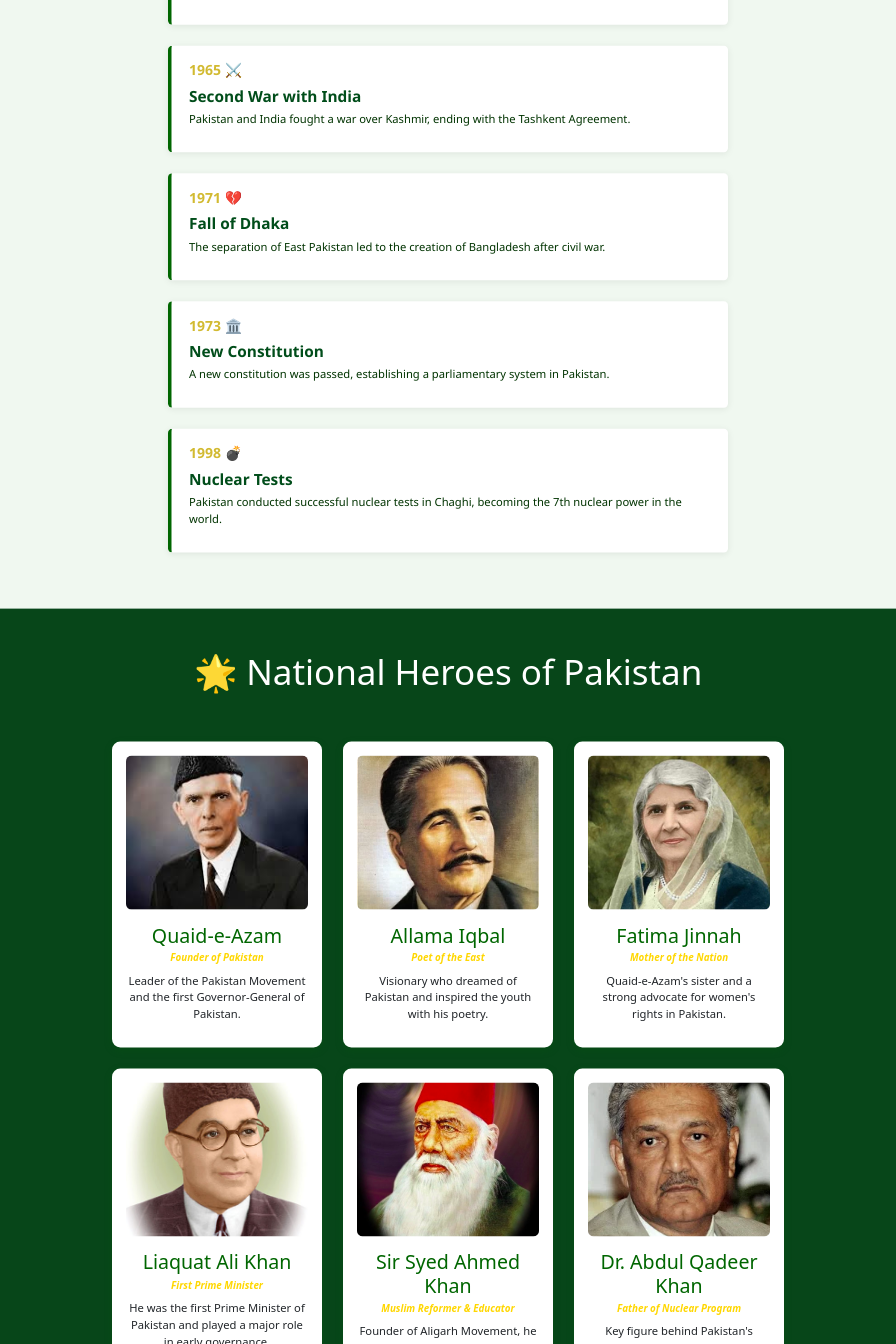
Repository: memonmuhammadali98/Pakistan-Independence-Day
Page: index.html
These files come from the project's save history. The page is drawn as it stood at one moment and after a run of saves; the edit follows.
The browser window is 1280 px wide. The pictures show the part of the page from y = 2148 to 4068 px (the page is 4230 px tall), at 70% of full size.

Above is the page before, as saved 2025-08-08 17:07:36.
Console error: TypeError: Cannot set properties of null (setting 'innerHTML')

### index.html
<!DOCTYPE html>
<html lang="en">

<head>
  <meta charset="UTF-8">
  <meta name="viewport" content="width=device-width, initial-scale=1.0">
  <title>Independence Day</title>
  <!-- External CSS -->
  <link rel="stylesheet" href="./style.css">
  <!-- Bootstrap CDN -->
  <link href="https://cdn.jsdelivr.net/npm/bootstrap@5.3.7/dist/css/bootstrap.min.css" rel="stylesheet"
    integrity="sha384-LN+7fdVzj6u52u30Kp6M/trliBMCMKTyK833zpbD+pXdCLuTusPj697FH4R/5mcr" crossorigin="anonymous">
  <script src="https://cdn.jsdelivr.net/npm/bootstrap@5.3.7/dist/js/bootstrap.bundle.min.js"
    integrity="sha384-ndDqU0Gzau9qJ1lfW4pNLlhNTkCfHzAVBReH9diLvGRem5+R9g2FzA8ZGN954O5Q"
    crossorigin="anonymous"></script>
</head>

<body>
  <!-- Navbar Starts -->
  <nav class="navbar navbar-expand-lg navbar">
    <div class="container-fluid">
      <a class="navbar-brand" href="#">
        <img src="./Assets/logo-removebg-preview (1).png" alt="Logo" width="70px" height="50px">
      </a>
      <button class="navbar-toggler" type="button" data-bs-toggle="collapse" data-bs-target="#navbarSupportedContent"
        aria-controls="navbarSupportedContent" aria-expanded="false" aria-label="Toggle navigation">
        <span class="navbar-toggler-icon"></span>
      </button>
      <div class="collapse navbar-collapse" id="navbarSupportedContent">
        <ul class="navbar-nav me-auto ms-auto gap-5 mb-2 mb-lg-0 f-s-5">
          <li class="nav-item">
            <a class="nav-link active" aria-current="page" href="#">Home</a>
          </li>
          <li class="nav-item">
            <a class="nav-link active" href="#">About</a>
          </li>
          <li class="nav-item">
            <a class="nav-link active" aria-disabled="true">History</a>
          </li>
          <li class="nav-item">
            <a class="nav-link active" aria-disabled="true">Gallery</a>
          </li>
          <li class="nav-item">
            <a class="nav-link active" aria-disabled="true">Stories</a>
          </li>
        </ul>
        <form class="d-flex" role="search">
          <button class="btn" type="submit">Search</button>
        </form>
      </div>
    </div>
  </nav>
  <!-- Navbar Ends -->

  <!-- Hero Section Starts -->
  <!-- <section class="hero-section">
    <h1>Countdown to 14th August</h1>
    <div id="countdown"></div>
    <div id="message"></div>

    <div id="fireworks" class="firework-container" style="display: none;">
    <div class="firework"></div>
    <div class="firework"></div>
    <div class="firework"></div>
  </div>

  <div id="baaja-left" class="baaja">
    <img src="./Assets/Baja.png" alt="Baaja" width="300px">
  </div>
  <div id="baaja-right" class="baaja">
    <img src="./Assets/Baja-right.png" alt="Baja" width="300px">
  </div>

  </section> -->
  <!-- Hero Section Ends -->


  <!-- About Section Starts -->
  <!-- <section class="about-section">
    <div class="container">
    <h2>About Independence Day</h2>
    <p>
      Every year on <strong>14th August</strong>, Pakistan celebrates its Independence Day with great pride and honor.
      It marks the day when Pakistan became a sovereign nation in <strong> 1947</strong>. The day is a symbol of freedom, sacrifices, and the efforts of our leaders and ancestors who made this country possible.
    </p>
    <p>
      We celebrate with parades, flags, lights, and unity reminding ourselves of the values of peace, hard work, and patriotism.
    </p>
  </div>
   </section> -->


  <!-- HERO SECTION STARTS -->
  <section class="hero-section">
    <div class="hero-text">
      <h1>Celebrating Freedom Honoring <span style="color: gold;">Sacrifice</span></h1>
      <p>On this 14th August, let's remember the heroes who gave us independence and strive for a better Pakistan.</p>
      <button>Explore Our Journey</button>
    </div>
    <div class="hero-img">
      <img src="./Assets/hero-img.png" alt="Hero img" class="hero-img-1">
      <!-- <img src="./Assets/hero-img-2.png" alt="Hero img 2" class="Hero-img-2">
      <img src="./Assets/Hero-img-3.png" alt="Hero img 3" class="Hero-img-3"> -->
    </div>
  </section>
  <!-- HERO SECTION ENDS -->

  <!-- ABOUT SECTION STARTS -->
  <section class="about-section">
    <h2>About <span style="color: gold;">Pakistan</span></h2>
    <div class="about-container">
      <div class="about-img">
        <div class="flag-wrapper">
          <div class="flag">
            <div class="white-part"></div>
            <div class="green-part">
              <div class="crescent"></div>
              <div class="star"></div>
            </div>
          </div>
        </div>
      </div>
      <div class="about-text">
        <p>
          Pakistan is a country rich in history, culture, and natural beauty. From the majestic mountains of the north
          to the vast deserts in the south, it is a land of diversity and tradition. The people of Pakistan are known
          for their hospitality, resilience, and deep-rooted values. With a vision for progress and unity, Pakistan
          continues to grow while honoring its heritage and identity.
        </p>
      </div>
    </div>
  </section>
  <!-- ABOUT SECTION ENDS -->

  <!-- HISTORY SECTION STARTS -->
  <section class="history-section">
    <h2>Pakistan's Historical <span style="color: gold;">Journey</span></h2>
    <div class="timeline">

      <div class="timeline-item">
        <span class="year">1857 🔥</span>
        <h3>First War of Independence</h3>
        <p>The First War of Independence began, igniting the spark for freedom from British rule.</p>
      </div>

      <div class="timeline-item">
        <span class="year">1906 🕌</span>
        <h3>Formation of Muslim League</h3>
        <p>The All-India Muslim League was founded to represent Muslim interests in British India.</p>
      </div>

      <div class="timeline-item">
        <span class="year">1940 📜</span>
        <h3>Lahore Resolution</h3>
        <p>The Pakistan Resolution was passed in Lahore, demanding a separate homeland for Muslims.</p>
      </div>

      <div class="timeline-item">
        <span class="year">1947 🕊️</span>
        <h3>Independence of Pakistan</h3>
        <p>Pakistan gained independence on August 14 under the leadership of Quaid-e-Azam Muhammad Ali Jinnah.</p>
      </div>

      <div class="timeline-item">
        <span class="year">1956 📖</span>
        <h3>First Constitution</h3>
        <p>Pakistan became the Islamic Republic by adopting its first constitution on March 23.</p>
      </div>

      <div class="timeline-item">
        <span class="year">1965 ⚔️</span>
        <h3>Second War with India</h3>
        <p>Pakistan and India fought a war over Kashmir, ending with the Tashkent Agreement.</p>
      </div>

      <div class="timeline-item">
        <span class="year">1971 💔</span>
        <h3>Fall of Dhaka</h3>
        <p>The separation of East Pakistan led to the creation of Bangladesh after civil war.</p>
      </div>

      <div class="timeline-item">
        <span class="year">1973 🏛️</span>
        <h3>New Constitution</h3>
        <p>A new constitution was passed, establishing a parliamentary system in Pakistan.</p>
      </div>

      <div class="timeline-item">
        <span class="year">1998 💣</span>
        <h3>Nuclear Tests</h3>
        <p>Pakistan conducted successful nuclear tests in Chaghi, becoming the 7th nuclear power in the world.</p>
      </div>

    </div>
  </section>
  <!-- HISTORY SECTION ENDS -->

  <!-- NATIONAL HERO SECTION STARTS -->
   <section class="national-hero-section">
  <h2>🌟 National Heroes of <span>Pakistan</span></h2>
  <div class="national-hero-cards">

    <div class="national-hero-card">
      <img src="assets/Quaid-img.jpeg" alt="Quaid-e-Azam">
      <h3>Quaid-e-Azam</h3>
      <p class="title">Founder of Pakistan</p>
      <p>Leader of the Pakistan Movement and the first Governor-General of Pakistan.</p>
    </div>

    <div class="national-hero-card">
      <img src="assets/Allama-Iqbal-img.webp" alt="Allama Iqbal">
      <h3>Allama Iqbal</h3>
      <p class="title">Poet of the East</p>
      <p>Visionary who dreamed of Pakistan and inspired the youth with his poetry.</p>
    </div>

    <div class="national-hero-card">
      <img src="assets/fatima-jinnah.jpg" alt="Fatima Jinnah">
      <h3>Fatima Jinnah</h3>
      <p class="title">Mother of the Nation</p>
      <p>Quaid-e-Azam's sister and a strong advocate for women's rights in Pakistan.</p>
    </div>

    <div class="national-hero-card">
      <img src="assets/Liaquat-Ali-Khan-img.jpg" alt="Allama Iqbal">
      <h3>Liaquat Ali Khan</h3>
      <p class="title">First Prime Minister</p>
      <p>He was the first Prime Minister of Pakistan and played a major role in early governance.</p>
    </div>

    <div class="national-hero-card">
      <img src="assets/Sir-Syed-Ahmed-Khan-img.webp" alt="Allama Iqbal">
      <h3>Sir Syed Ahmed Khan</h3>
      <p class="title">Muslim Reformer & Educator</p>
      <p>Founder of Aligarh Movement, he laid the foundation for modern Muslim education in the subcontinent.</p>
    </div>

    <div class="national-hero-card">
      <img src="assets/Abdul-Qadeer-Khan-img.webp" alt="Dr. Abdul Qadeer Khan">
      <h3>Dr. Abdul Qadeer Khan</h3>
      <p class="title">Father of Nuclear Program</p>
      <p>Key figure behind Pakistan's nuclear tests in 1998, ensuring national defense.</p>
    </div>

  </div>
</section>





  <script>
    // Set the target date (14 August of current year OR test with few seconds from now)
    var now = new Date();
    var year = now.getFullYear();

    // For demo/testing: trigger after 5 seconds
    var targetDate = new Date(new Date().getTime() + 5000);

    // Countdown and elements
    var countdown = document.getElementById("countdown");
    var message = document.getElementById("message");
    var leftBaaja = document.getElementById("baaja-left");
    var rightBaaja = document.getElementById("baaja-right");

    var timer = setInterval(function () {
      var currentTime = new Date().getTime();
      var timeLeft = targetDate.getTime() - currentTime;

      if (timeLeft <= 0) {
        clearInterval(timer);
        countdown.innerHTML = "";
        message.innerHTML = "Happy Independence Day Pakistan!";
        message.classList.add("message-animate");

        // Show fireworks and baajas
        document.getElementById("fireworks").style.display = "block";
        leftBaaja.style.display = "block";
        rightBaaja.style.display = "block";

        // Slide in animation
        leftBaaja.classList.add("slideInLeft");
        rightBaaja.classList.add("slideInRight");

        // After sliding, add continuous bounce
        leftBaaja.addEventListener("animationend", function () {
          leftBaaja.classList.add("bounce");
        });

        rightBaaja.addEventListener("animationend", function () {
          rightBaaja.classList.add("bounce");
        });

      } else {
        var days = Math.floor(timeLeft / (1000 * 60 * 60 * 24));
        var hours = Math.floor((timeLeft % (1000 * 60 * 60 * 24)) / (1000 * 60 * 60));
        var minutes = Math.floor((timeLeft % (1000 * 60 * 60)) / (1000 * 60));
        var seconds = Math.floor((timeLeft % (1000 * 60)) / 1000);

        countdown.innerHTML =
          days + "d " + hours + "h " + minutes + "m " + seconds + "s ";
      }
    }, 1000);
  </script>

</body>

</html>

### style.css
* {
    margin: 0;
    padding: 0;
    box-sizing: border-box;
    scroll-behavior: smooth;
}

.navbar {
    background-color: #074619;
}

.nav-link {
    color: white !important;
    font-size: 20px !important;
    position: relative !important;
}

.nav-link:hover {
    color: gold !important;
}

.nav-link::after {
  content: "";
  position: absolute;
  bottom: 0;
  left: 0;
  height: 2px;
  width: 0;
  background-color: gold;
  transition: width 0.4s ease-in-out;
}

.nav-link:hover::after {
  width: 100%;
}

.navbar-toggler,
.navbar-nav {
    color: white !important;
}

.navbar-toggler-icon {
    background-image: url("data:[embedded picture, 177 characters]") !important;
}

.btn:hover{
  color: white !important;
  border: 1px solid green !important;
}

.btn{
  background-color: gold !important;
  border: none !important;
  padding: 10px 20px !important;
  color: green !important;
}

/* Navbar Ends */
.hero-section h1 {
      font-size: 48px;
      margin-bottom: 30px;
      color: #006600;
    }
    #countdown {
      font-size: 36px;
      margin-bottom: 20px;
      color: white;
    }
    #message {
      font-size: 40px;
      /* color: #FFD700; */
      color: #ffffff;
      font-weight: bold;
    }

    @keyframes fadeInZoom {
  0% {
    opacity: 0;
    transform: scale(0.5);
  }
  100% {
    opacity: 1;
    transform: scale(1);
  }
}

.message-animate {
  animation: fadeInZoom 1s ease-out forwards;
}


.firework-container {
  position: fixed;
  top: 0;
  left: 0;
  width: 100%;
  height: 100%;
  pointer-events: none;
  overflow: hidden;
  z-index: 999;
}

.firework {
  position: absolute;
  width: 5px;
  height: 5px;
  background: white;
  border-radius: 50%;
  animation: explode 1s ease-out infinite;
}

.firework:nth-child(1) {
  top: 50%;
  left: 30%;
  /* background-color: yellow; */
  background-color: rgb(112, 222, 112);
  animation-delay: 0s;
}
.firework:nth-child(2) {
  top: 40%;
  left: 50%;
  /* background-color: red; */
  background-color: white;
  animation-delay: 0.2s;
}
.firework:nth-child(3) {
  top: 60%;
  left: 70%;
  background-color: lightgreen;
  animation-delay: 0.4s;
}

@keyframes explode {
  0% {
    transform: scale(1);
    opacity: 1;
  }
  100% {
    transform: scale(20);
    opacity: 0;
  }
}

.baaja {
  position: fixed;
  top: 40%;
  display: none;
  z-index: 1000;
}

#baaja-left {
  left: 0px;
  transform: translateX(-200%);
}

#baaja-right {
  right: 0px;
  transform: translateX(200%);
}

.slideInLeft {
  animation: slideInLeft 1s forwards;
}

.slideInRight {
  animation: slideInRight 1s forwards;
}

@keyframes slideInLeft {
  from {
    transform: translateX(-200%);
  }
  to {
    transform: translateX(0);
  }
}

@keyframes slideInRight {
  from {
    transform: translateX(200%);
  }
  to {
    transform: translateX(0);
  }
}

/* Add continuous bounce */
.bounce {
  animation: bounce 1s infinite;
}

@keyframes bounce {
  0%, 100% {
    transform: translateY(0px);
  }
  50% {
    transform: translateY(-20px);
  }
}

@media only screen and (max-width: 1274px){
    .baaja img{
        width: 250px;
    }
}

@media only screen and (max-width: 1180px){
    .baaja img{
        width: 180px;
    }
}

@media only screen and (max-width: 1180px){
    .baaja img{
        display: none;
    }
}

/* About Section Starts */

/* .about-section {
  background-color: #f9f9f9;
  padding: 60px 20px;
  color: #004d00;
  font-family: Arial, sans-serif;
}

.about-section .container {
  max-width: 900px;
  margin: 0 auto;
  text-align: center;
}

.about-section h2 {
  font-size: 36px;
  color: #006600;
  margin-bottom: 20px;
}

.about-section p {
  font-size: 18px;
  line-height: 1.8;
  margin-bottom: 15px;
}
 */

/*  Hero Section Starts  */

.hero-section {
     background: linear-gradient(to left, #d0f0d0, #ffffff);
    padding: 100px 30px;
    color: #000;
    height: 500px;
    max-width: 100vw;
    display: flex;
    justify-content: space-between;
    align-items: center;
}

.hero-text{
  width: 50%;
}

.hero-text h1 {
  color: #003300;
  font-size: 50px;
  font-weight: bold;
}

.hero-text p {
  color: #333333;
  font-size: 20px;
  margin-top: 15px;
  line-height: 1.6;
}

.hero-text button {
   background-color: #006600;
  border: 2px solid #003300;
  color: #ffffff;
  padding: 12px 25px;
  font-size: 16px;
  margin-top: 20px;
  cursor: pointer;
  border-radius: 6px;
  font-weight: bold;
  transition: all 0.3s ease;
}

.hero-text button:hover {
  background-color: #c6f6c6;
  color: #003300;
  border-color: #006600;
}

.hero-img {
  width: 50%;
  display: flex;
  justify-content: center;
  align-items: center;
  gap: 15px;
  flex-wrap: wrap;
  padding-left: 20px;
}

.hero-img img {
  width: 250px;
  height: auto;
  object-fit: contain;
  border-radius: 50%;
  box-shadow: 0 4px 10px rgba(0, 0, 0, 0.1);
  transition: transform 0.3s ease;
  border: 2px #006600 solid;
}

.hero-img img:hover {
  transform: scale(1.05);
}

@media only screen and (max-width: 1000px){
  .hero-section{
    height: auto;
  }
  .hero-text{
  width: 100%;
}
}

@media only screen and (max-width: 825px){
  .hero-section{
    flex-direction: column;
    gap: 40px;
  }
}

@media only screen and (max-width: 560px){
  .hero-text h1{
    font-size: 40px;
  }
}

/*  Hero Section Ends */

/*  About Section Starts  */

.about-section {
  padding: 80px 30px;
  background-color: #074619;
  color: #000;
  height: auto;
}

.about-section h2 {
  text-align: center;
  font-size: 50px;
  margin-bottom: 60px;
  color: white;
}

.about-container {
  display: flex;
  align-items: center;
  justify-content: space-between;
  flex-wrap: wrap;
}

.about-img {
  width: 45%;
  display: flex;
  justify-content: center;
  align-items: center;
}

.about-text {
  width: 50%;
  font-size: 20px;
  line-height: 1.8;
  color: #fff8e1;
}

.flag {
  width: 250px;
  height: 150px;
  display: flex;
  box-shadow: 0 4px 8px rgba(0,0,0,0.2);
  border: 2px solid #006600;
}

.flag-wrapper {
  background-color: #f9fff9;
  padding: 20px;
  border-radius: 12px;
  box-shadow: 0 4px 12px rgba(255, 255, 255, 0.1);
  transition: transform 0.3s ease-in-out;
}

.flag-wrapper:hover{
  transform: scale(1.1);
}

.white-part {
  background-color: white;
  width: 25%;
}

.green-part {
  background-color: #006600;
  width: 75%;
  position: relative;
}

.crescent {
  position: absolute;
  top: 30%;
  left: 35%;
  width: 60px;
  height: 60px;
  background: white;
  border-radius: 50%;
  overflow: hidden;
}

.crescent::after {
  content: "";
  position: absolute;
  top: 0;
  left: 10px;
  width: 55px;
  height: 55px;
  background: #006600;
  border-radius: 50%;
}

.star {
  position: absolute;
  top: 33%;
  left: 55%;
  width: 0;
  height: 0;
  color: white;
  font-size: 24px;
  font-family: Arial;
}
.star::before {
  content: "★";
  font-size: 24px;
  color: white;
}

@media only screen and (max-width: 860px){
  .about-container {
    flex-direction: column;
    gap: 30px;
  }
  .about-img{
    width: 100%;
  }
  .about-text{
    width: 100%;
  }
}

/*  About Section Ends  */

/*  History Section Starts  */

.history-section {
  background-color: #f0f8f0;
  padding: 80px 30px;
  height: auto;
  color: #003300;
  font-family: 'Segoe UI', sans-serif;
}

.history-section h2 {
  text-align: center;
  font-size: 50px;
  margin-bottom: 50px;
  color: #074619;
}

.timeline {
  max-width: 800px;
  margin: auto;
  display: flex;
  flex-direction: column;
  gap: 30px;
}

.timeline-item h3 {
  font-size: 22px;
  margin: 8px 0;
  color: #004d1a;
  font-weight: 600;
}
.timeline-item {
  background: #ffffff;
  padding: 20px 25px;
  border-left: 5px solid #006600;
  border-radius: 6px;
  box-shadow: 0 2px 10px rgba(0,0,0,0.08);
  transition: transform 0.3s ease;
}

.timeline-item:hover {
  transform: scale(1.02);
  box-shadow: 0 4px 12px rgba(0,0,0,0.15);
}

.year {
  font-weight: bold;
  font-size: 20px;
  /* color: #074619; */
  color: rgb(210, 186, 49);
  margin-bottom: 5px;
  display: block;
}

.national-hero-section {
  background: #074619;
  padding: 60px 20px;
  text-align: center;
  height: auto;
}

.national-hero-section h2 {
  font-size: 50px;
  color: white;
  margin-bottom: 70px;
}

.national-hero-cards {
  display: flex;
  justify-content: center;
  flex-wrap: wrap;
  gap: 30px;
}

.national-hero-card {
  background: white;
  border-radius: 12px;
  padding: 20px;
  max-width: 300px;
  box-shadow: 0 4px 12px rgba(0, 102, 0, 0.2);
  transition: transform 0.3s ease-in-out;
}

.national-hero-card:hover {
  transform: scale(1.05);
}

.national-hero-card  img {
  width: 100%;
  height: 220px;
  object-fit: cover;
  border-radius: 8px;
  margin-bottom: 10px;
}

.national-hero-card  h3 {
  color: #006600;
  margin: 10px 0 5px;
}

.national-hero-card  .title {
  /* color: #444; */
  color: gold;
  font-style: italic;
  font-weight: bold;
  margin-bottom: 10px;
  font-size: 14px;
}

After the next 3 saves:
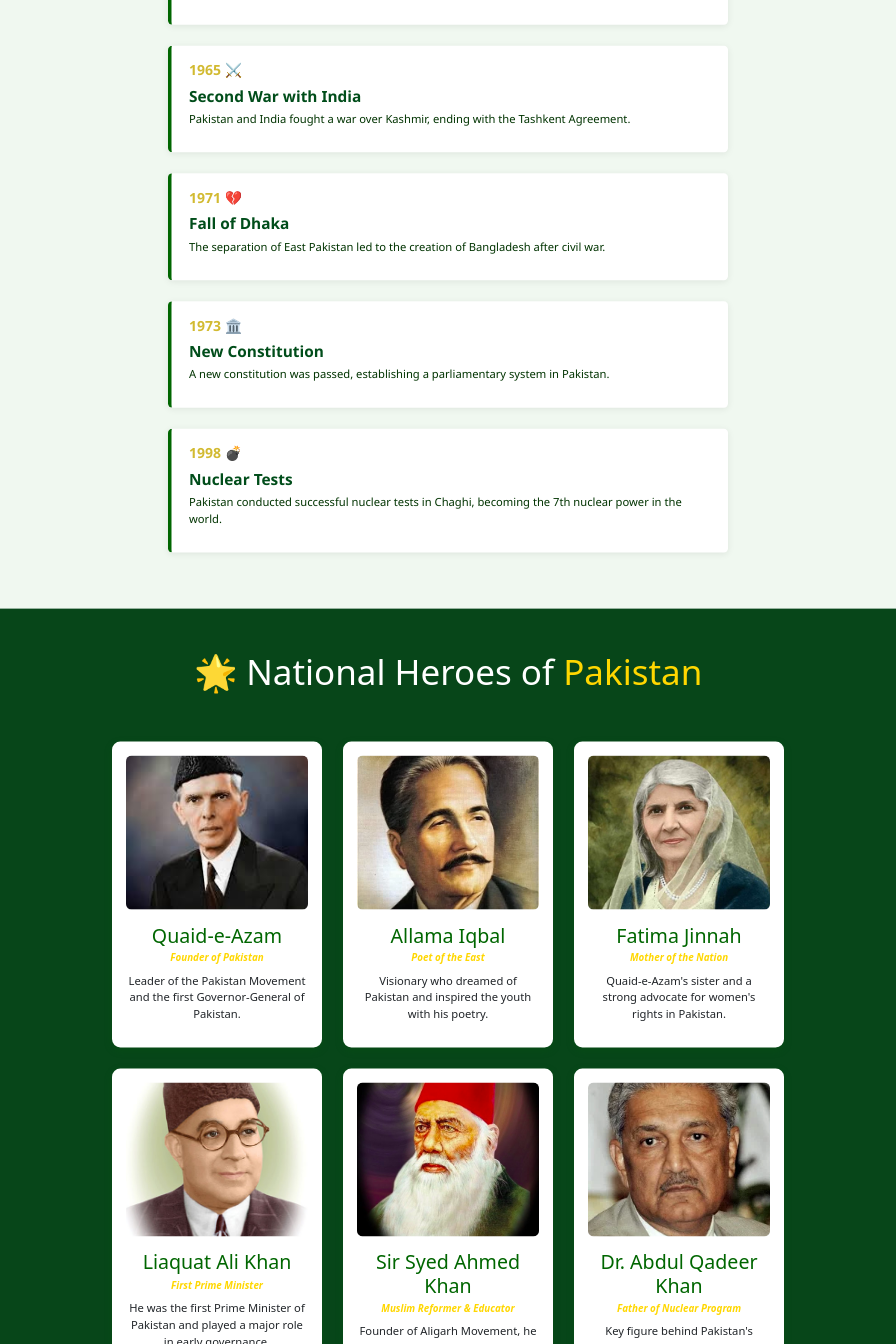
The 3 saves are shown as one change because they came seconds apart.
The last was saved 12 s later.
--- a/index.html
+++ b/index.html
@@ -197,7 +197,7 @@
 
   <!-- NATIONAL HERO SECTION STARTS -->
    <section class="national-hero-section">
-  <h2>🌟 National Heroes of <span>Pakistan</span></h2>
+  <h2>🌟 National Heroes of <span style="color: gold;">Pakistan</span></h2>
   <div class="national-hero-cards">
 
     <div class="national-hero-card">
